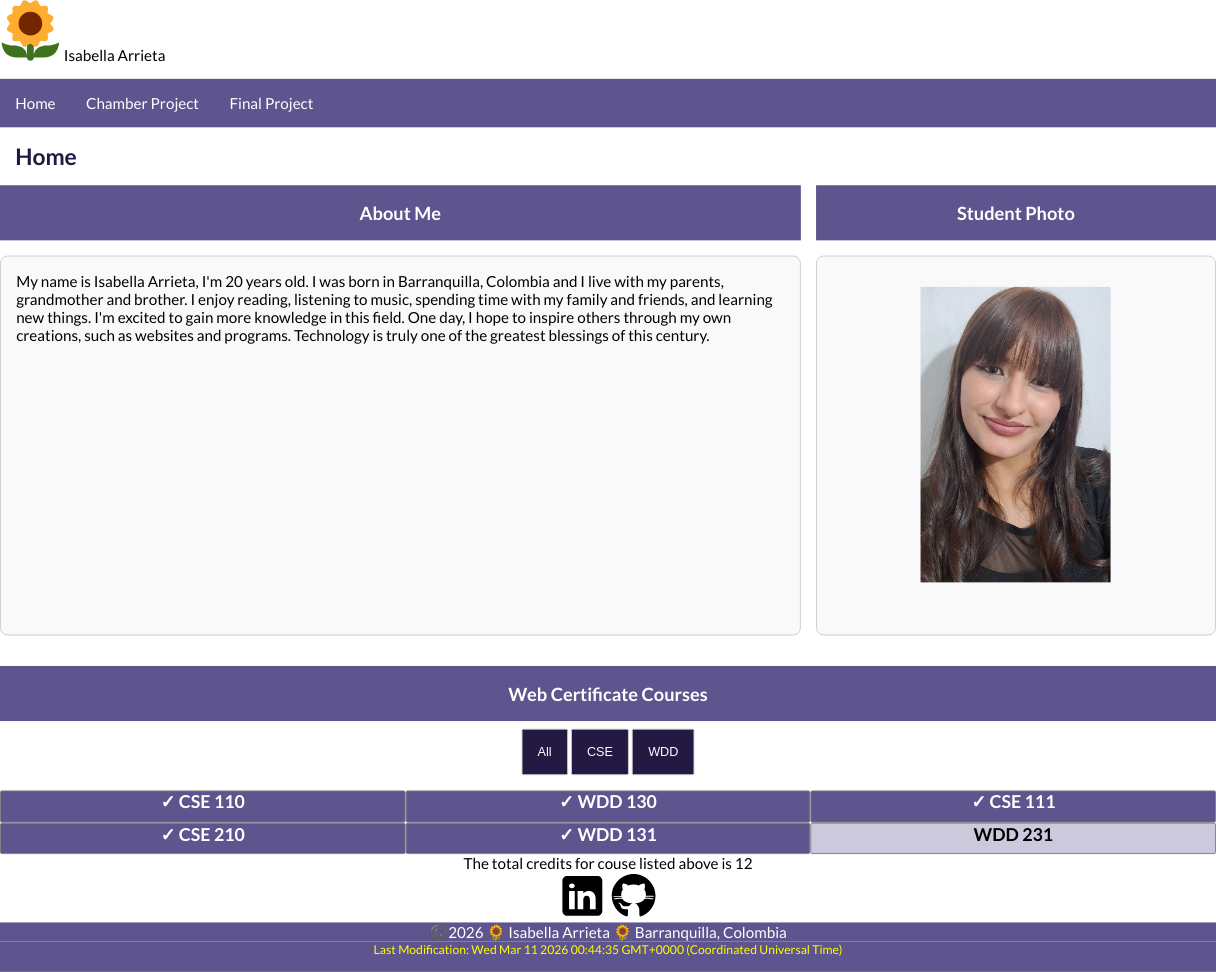
Repository: isaAJ05/wdd231
Page: index.html
These files come from the project's save history. The page is drawn as it stood at one moment and after the next save; the edit follows.
The browser window is 1280 px wide. The pictures show the whole page, at 95% of full size.
Some web fonts or font styles are not loaded; a fallback is used.

Above is the page before, as saved 2026-03-11 01:22:52.

### index.html
<!DOCTYPE html>
<html lang="en">
<head>
    <meta charset="UTF-8">
    <meta name="viewport" content="width=device-width, initial-scale=1.0">
    <title>WDD 231 – Web Frontend Development I – Isabella Arrieta</title>
    <meta name="description" content="WDD 231 – Web Frontend Development I Isabella Arrieta, This is a page about me">
    <meta name="author" content="Isabella Arrieta">
    <link rel="stylesheet" href="styles/normalize.css">
    <link rel="preconnect" href="https://fonts.googleapis.com">
    <link rel="preconnect" href="https://fonts.gstatic.com" crossorigin>
    <link href="https://fonts.googleapis.com/css2?family=Lato:ital,wght@0,100;0,300;0,400;0,700;0,900;1,100;1,300;1,400;1,700;1,900&family=Open+Sans:ital,wght@0,300..800;1,300..800&family=Play:wght@400;700&family=Raleway:ital,wght@0,100..900;1,100..900&display=swap" rel="stylesheet">
    <script src="scripts/getdates.js" defer></script>
    <script src="scripts/hamburguer.js" defer></script>
    <script src="scripts/courses.js" defer></script>
</head>
<body>
    <header>
        <div class="title">
            <img src="images/sunflower-svgrepo-com.svg" alt="Isabella Arrieta logo">
            <span>Isabella Arrieta</span>
        </div>
        <button id="menu" aria-label="Open menu"></button>
        <nav>
            <ul class="navigation">
			<li><a href="index.html">Home</a></li>
			<li><a href="#" class="chamber">Chamber Project</a></li>
			<li><a href="#" class="final">Final Project</a></li>
		</ul>
        </nav>
    </header>
    <main>
        <h1>Home</h1>
        <section>
         <div class="rectangle">
            <h2>About Me</h2>
            </div>
        <div class="card">
            <p>My name is Isabella Arrieta, I'm 20 years old. I was born in Barranquilla, Colombia and I live with my parents, grandmother and brother. I enjoy reading, listening to music, spending time with my family and friends, and learning new things. I'm excited to gain more knowledge in this field. One day, I hope to inspire others through my own creations, such as websites and programs. Technology is truly one of the greatest blessings of this century.</p>
        </div>
        </section>
        <section>
            <div class="rectangle">
                <h2>Student Photo</h2>
            </div>
            <div class="card">
                <img src="images/isa.jpg" alt="Isabella Arrieta picture">
            </div>
        </section>
        <section>
            <div class="rectangle">
                <h2>Web Certificate Courses</h2>
            </div>
            <div class="course-buttons">
                <button id="all">All</button>
                <button id="cse">CSE</button>
                <button id="wdd">WDD</button>
            </div>
            <div id="courses"></div>
            <p>The total credits for couse listed above is <span id="totalCredits"></span></p>

        </section>
    </main>
    <footer>
        <div class ="icons">
                <a href="https://www.linkedin.com/in/isabella-arrieta/" target="_blank"><img src="images/icons8-linkedin.svg" alt="LinkedIn icon"></a>
                <a href="https://github.com/isaaj05" target="_blank"><img src="images/icons8-github.svg" alt="GitHub icon"></a>
        </div>
        <p>
            ©️<span id="currentyear"></span> 🌻 Isabella Arrieta 🌻 Barranquilla, Colombia
        </p>
        <p class="last-modified">
            <span id="lastModified"></span>
        </p>
    </footer>

</body>
</html>

### styles/normalize.css
:root {
    --primary-color: #231942;
    --secondary-color: #5e548e;
    --font: "Lato", sans-serif;
}
* {
	margin: 0;
	padding: 0;
	box-sizing: border-box;
}
body{
	font-family: var(--font);
}
h1 {
	text-align: left;
	color: var(--primary-color);
	font-size: 1.5rem;
	margin-left: 1rem;
	position: left;
}

h2 {
	font-size: 1.2rem;
	color: #fff;
	text-align: center;
	margin: 1rem;
	}
header {
    position: relative;

}
nav {
	margin: 1rem auto;
}

/* small view navigation */
#menu {
	font-size: 1.5rem;
	border: 0;
	background: none;
	color: #000;
 	position: absolute;
  top: 1rem;
	right: 1rem;
}

#menu::before {
	content: "☰";
}

#menu.open::before {
	content: "✖️";
}

.navigation {
	display: flex;
	flex-direction: column;
	list-style: none;
	background-color: var(--secondary-color);
	color: #fff;
}

.navigation a {
	display: none;
	padding: 1rem;
	text-align: center;
	text-decoration: none;
	color: #fff;
}
.navigation a:hover {
	background-color: #bbb;
	color: #333;
	font-weight: 700;
}

/* when the button is clicked - the open class is toggled (added/removed) */
.open a {
	display: block;
}

.active::before {
	content: "📍";  /* just a wayfinding symbol for the user */
}

.card {
	border: 1px solid #ccc;
	border-radius: 8px;
	padding: 1rem;
	margin: 1rem auto;
	height: 400px;
	background-color: #f9f9f9;
}


.rectangle{
	padding: 0.1rem;
	background-color: var(--secondary-color);

}

.card img{
	width: 200px;
	height: auto;
	display: block;
	margin: 1rem auto;
}
#all, #cse , #wdd {
	background-color: var(--primary-color);
	color: #fff;
	cursor: pointer;
	border: 1px solid #ccc;
	border-radius: 2px;
	padding:  1rem;
	margin-top: 0.5rem;
	margin-bottom: 0.5rem;

}

#all:hover, #cse:hover , #wdd:hover {
	background-color: #ccc9dc;
    cursor: pointer;
	border: 1px solid gray;
	border-radius: 2px;
	color: #333;
	font-weight: 700;
}
#courses{
	display: grid;
	grid-template-columns: repeat(3, 1fr);
	height: 75px;
	padding-top: 0.5rem;
}
.course-card{
	border: 1px solid gray;
	border-radius: 2px;
	background-color: #ccc9dc;
	color: #000;
	font-weight: 600;

}
.completed{
	background-color: var(--secondary-color);
	color: #fff;
	font-weight: 700;
}
footer {
    color:  #fff;
    text-align: center;
}
footer p {
    background: var(--secondary-color);
}
.last-modified {
    font-size: 0.8rem;
    color: yellow;
	padding-bottom: 1rem;
}

/* large view navigation ************************************/
@media (min-width: 37.5em) {

	 main {
        display: grid;
        grid-template-columns: 2fr 1fr;
        gap: 1rem;

    }

    main h1 {
        grid-column: 1 / -1;
    }

	main section:last-of-type {
    grid-column: 1 / -1;
	text-align: center;
    }

	#menu {
		display: none; /* hide hamburger button */
	}

	.navigation {
		flex-direction: row;
	}

	.navigation a {
		display: block;
		flex: 1 1 100%;
	}

}

### scripts/getdates.js
const year = document.querySelector("#currentyear");
const today = new Date();
year.innerHTML = `<span class="highlight">${today.getFullYear()}</span>`;
const lastMod = document.querySelector("#lastModified");
let oLastModif = new Date(document.lastModified);
lastMod.innerHTML = `Last Modification: <span class="highlight">${oLastModif}</span>`;

### scripts/hamburguer.js
const hamButton = document.querySelector('#menu');
const navigation = document.querySelector('.navigation');
const title = document.querySelector('.title');

hamButton.addEventListener('click', () => {
	navigation.classList.toggle('open');
    hamButton.classList.toggle('open');
    title.classList.toggle('open');
});

### scripts/courses.js
// here we select the elements we need to interact with
const courseContainer = document.querySelector("#courses"); // container for the course cards
const totalCredits = document.querySelector("#totalCredits"); // element to display total credits
// buttons to filter courses
const allBtn = document.querySelector("#all");
const cseBtn = document.querySelector("#cse");
const wddBtn = document.querySelector("#wdd");
// array given by the university with all the courses in the web certificate program
const courses = [
    {
        subject: 'CSE',
        number: 110,
        title: 'Introduction to Programming',
        credits: 2,
        certificate: 'Web and Computer Programming',
        description: 'This course will introduce students to programming. It will introduce the building blocks of programming languages (variables, decisions, calculations, loops, array, and input/output) and use them to solve problems.',
        technology: [
            'Python'
        ],
        completed: true
    },
    {
        subject: 'WDD',
        number: 130,
        title: 'Web Fundamentals',
        credits: 2,
        certificate: 'Web and Computer Programming',
        description: 'This course introduces students to the World Wide Web and to careers in web site design and development. The course is hands on with students actually participating in simple web designs and programming. It is anticipated that students who complete this course will understand the fields of web design and development and will have a good idea if they want to pursue this degree as a major.',
        technology: [
            'HTML',
            'CSS'
        ],
        completed: true
    },
    {
        subject: 'CSE',
        number: 111,
        title: 'Programming with Functions',
        credits: 2,
        certificate: 'Web and Computer Programming',
        description: 'CSE 111 students become more organized, efficient, and powerful computer programmers by learning to research and call functions written by others; to write, call , debug, and test their own functions; and to handle errors within functions. CSE 111 students write programs with functions to solve problems in many disciplines, including business, physical science, human performance, and humanities.',
        technology: [
            'Python'
        ],
        completed: true
    },
    {
        subject: 'CSE',
        number: 210,
        title: 'Programming with Classes',
        credits: 2,
        certificate: 'Web and Computer Programming',
        description: 'This course will introduce the notion of classes and objects. It will present encapsulation at a conceptual level. It will also work with inheritance and polymorphism.',
        technology: [
            'C#'
        ],
        completed: true
    },
    {
        subject: 'WDD',
        number: 131,
        title: 'Dynamic Web Fundamentals',
        credits: 2,
        certificate: 'Web and Computer Programming',
        description: 'This course builds on prior experience in Web Fundamentals and programming. Students will learn to create dynamic websites that use JavaScript to respond to events, update content, and create responsive user experiences.',
        technology: [
            'HTML',
            'CSS',
            'JavaScript'
        ],
        completed: true
    },
    {
        subject: 'WDD',
        number: 231,
        title: 'Frontend Web Development I',
        credits: 2,
        certificate: 'Web and Computer Programming',
        description: 'This course builds on prior experience with Dynamic Web Fundamentals and programming. Students will focus on user experience, accessibility, compliance, performance optimization, and basic API usage.',
        technology: [
            'HTML',
            'CSS',
            'JavaScript'
        ],
        completed: false
    }
]
// function to display the courses on the page
function displayCourses(courseList) {
    courseContainer.innerHTML = ""; // clear the container before adding new courses

    courseList.forEach(course => {
        const card = document.createElement("div"); // create a card for each course
        card.classList.add("course-card");

        if (course.completed) {
            card.classList.add("completed");// add a class to indicate the course is completed
        }

        card.innerHTML = `
            <h3>${course.completed ? '✓' : ''} ${course.subject} ${course.number}</h3>
        `;

        courseContainer.appendChild(card); // add the card to the container
    });

    calculateCredits(courseList);
}
function calculateCredits(courseList) {
    const total = courseList.reduce((sum, course) => sum + course.credits, 0); // calculate the total credits by summing the credits of all courses in the list
    totalCredits.textContent = total;
}

allBtn.addEventListener("click", () => {
    displayCourses(courses);
});

cseBtn.addEventListener("click", () => {
    const cseCourses = courses.filter(course => course.subject === "CSE");
    displayCourses(cseCourses);
});

wddBtn.addEventListener("click", () => {
    const wddCourses = courses.filter(course => course.subject === "WDD");
    displayCourses(wddCourses);
});

displayCourses(courses);

After the next save:
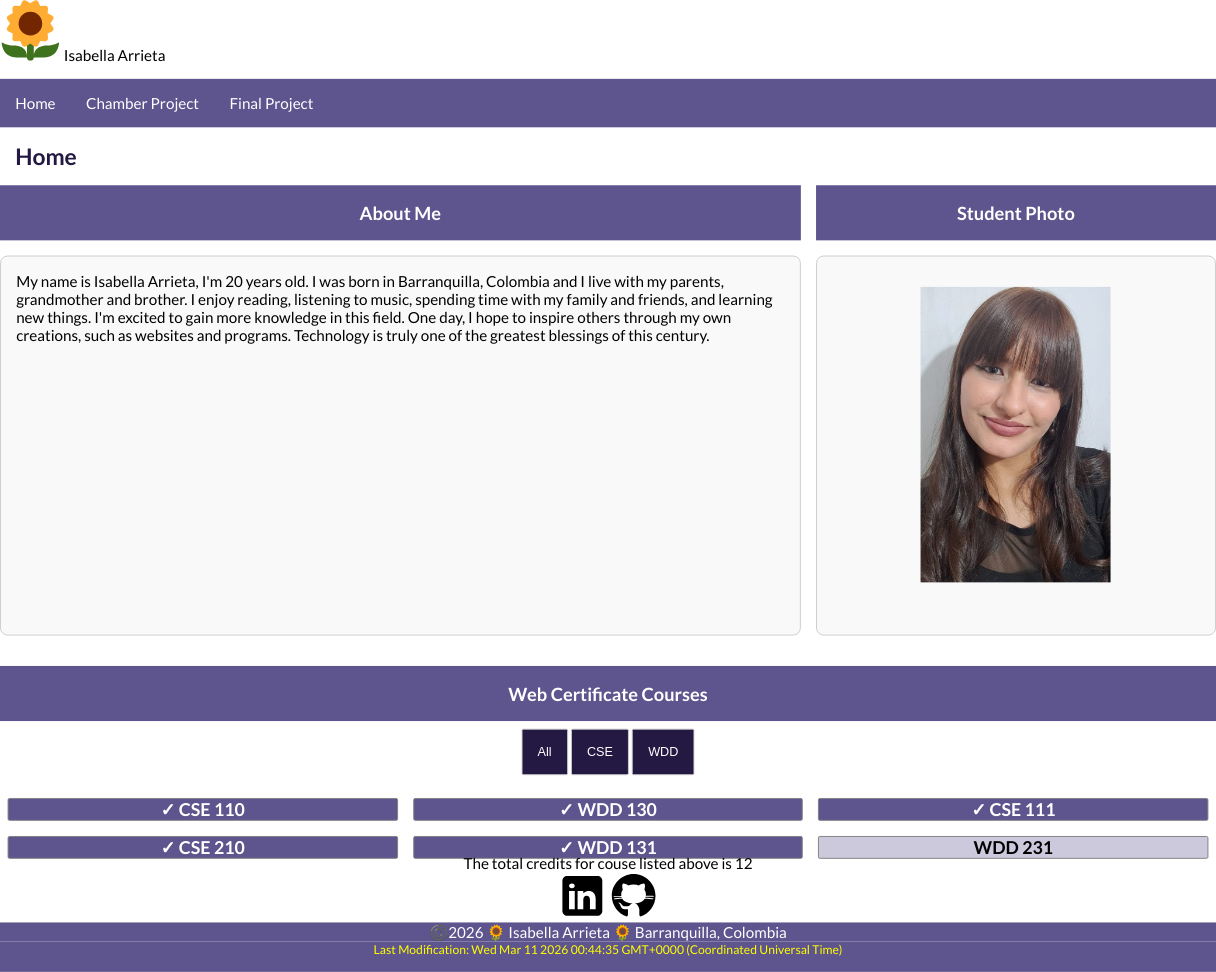
Saved 9 s later.
--- a/styles/normalize.css
+++ b/styles/normalize.css
@@ -136,7 +136,7 @@
 	background-color: #ccc9dc;
 	color: #000;
 	font-weight: 600;
-
+	margin: 0.5rem;
 }
 .completed{
 	background-color: var(--secondary-color);

After the save that followed:
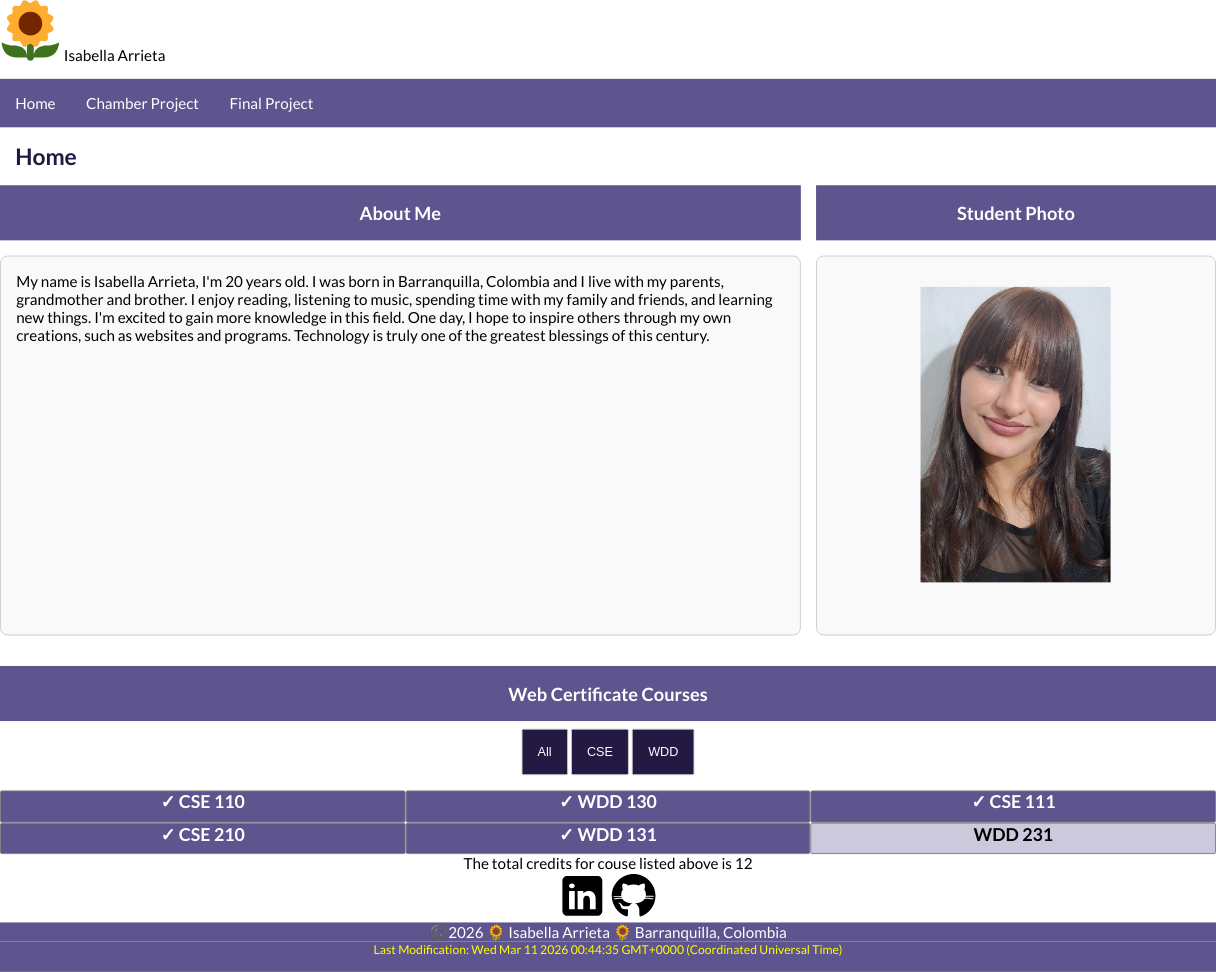
Saved 11 s later.
--- a/styles/normalize.css
+++ b/styles/normalize.css
@@ -136,7 +136,6 @@
 	background-color: #ccc9dc;
 	color: #000;
 	font-weight: 600;
-	margin: 0.5rem;
 }
 .completed{
 	background-color: var(--secondary-color);
